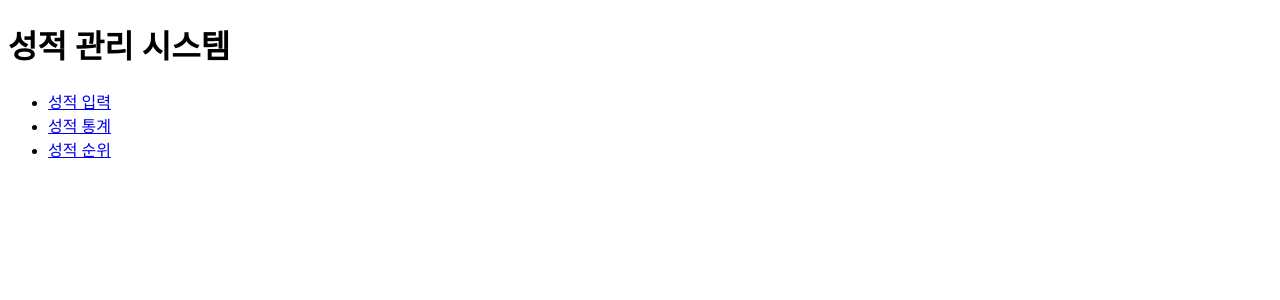
Repository: ddihn/practice-spring
Page: http://localhost/lab0610/
These files come from the project's save history. The page is drawn as it stood at one moment and after the next save; the edit follows.
The browser window is 1280 px wide. The pictures show the whole page.
The page is served by Tomcat 9.

Above is the page before, as saved 2025-06-10 05:48:12.

After the next save:
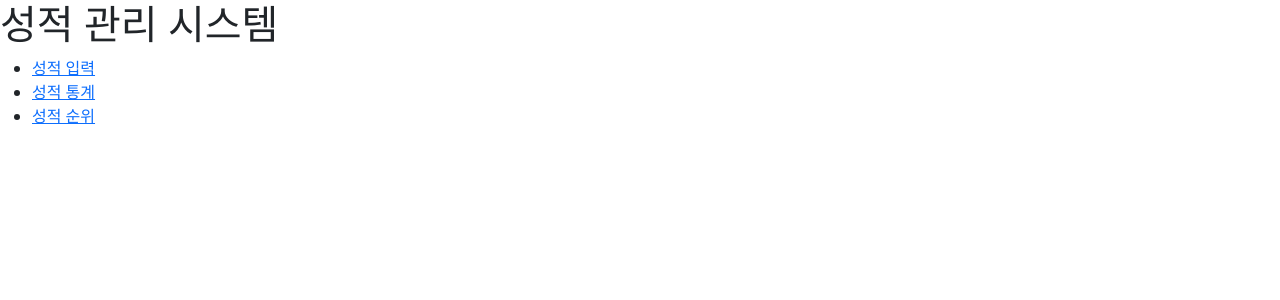
Saved 2 s later.
--- a/lab0610/src/main/webapp/WEB-INF/views/index.jsp
+++ b/lab0610/src/main/webapp/WEB-INF/views/index.jsp
@@ -4,6 +4,9 @@
 <head>
   <meta charset="UTF-8">
   <title>성적 관리 시스템</title>
+  <!-- 모든 JSP 파일의 <head>에 공통으로 포함 -->
+<link href="https://cdn.jsdelivr.net/npm/bootstrap@5.3.0/dist/css/bootstrap.min.css" rel="stylesheet">
+
 </head>
 <body>
   <h1>성적 관리 시스템</h1>
